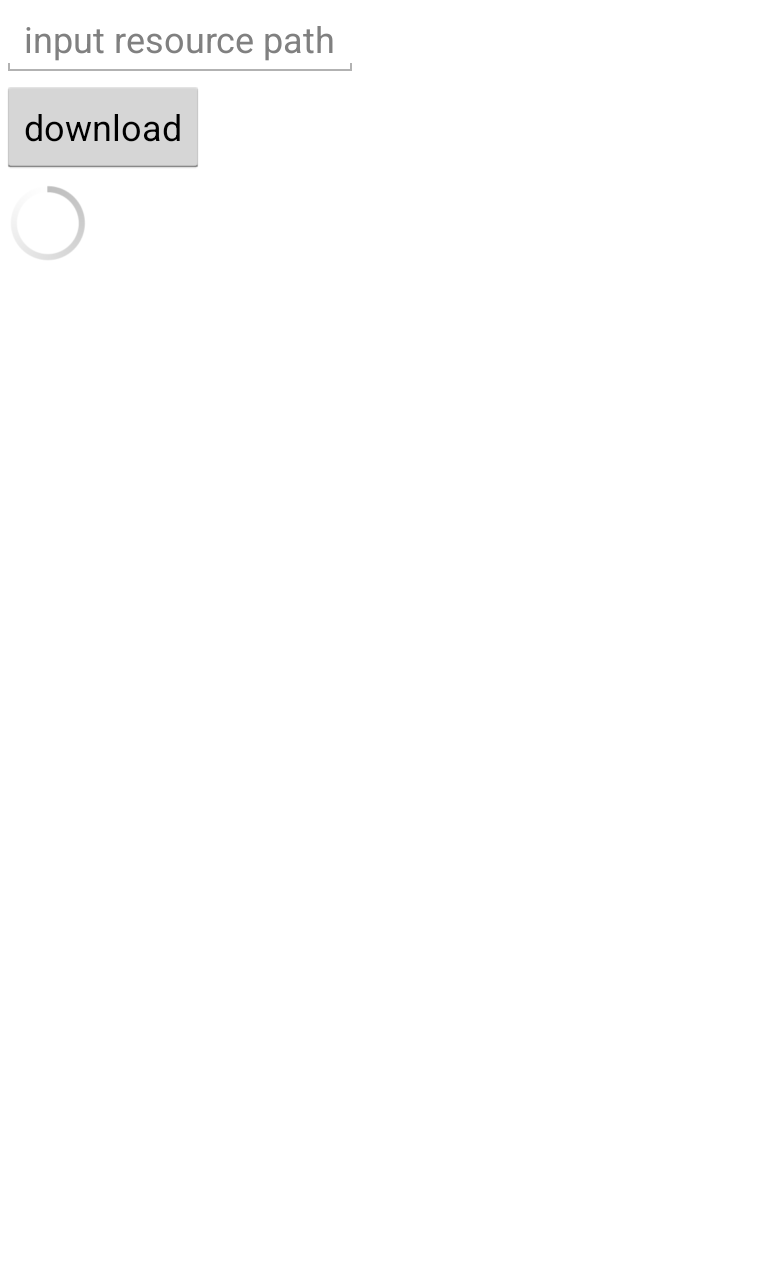
Repository: whoami-I/android
Layout: ListView/XutilsDownload/res/layout/activity_main.xml
The author's editor kept a copy of each file at every save. The layout is drawn from the files as they stood at one save, then again after the next save.
It is drawn on a 768 x 1280 px phone screen (xhdpi) without system bars, with theme AppTheme; the app's code is not run.

Above is the layout before, as saved 2018-11-01 01:11:34.

### ListView/XutilsDownload/res/layout/activity_main.xml
<LinearLayout xmlns:android="http://schemas.android.com/apk/res/android"
    xmlns:tools="http://schemas.android.com/tools"
    android:layout_width="match_parent"
    android:layout_height="match_parent"
    android:orientation="vertical" >

    <EditText
        android:id="@+id/et_path"
        android:layout_width="wrap_content"
        android:layout_height="wrap_content"
        android:hint="input resource path" />

    <Button
        android:id="@+id/btn_download"
        android:layout_width="wrap_content"
        android:layout_height="wrap_content"
        android:onClick="click_download"
        android:text="download" />

    <ProgressBar
        android:id="@+id/pgb"
        android:layout_width="wrap_content"
        android:layout_height="wrap_content" />

</LinearLayout>

Loaded but not shown: ListView/XutilsDownload/res/values/styles.xml (common file); ListView/XutilsDownload/res/values-v11/styles.xml (common file); ListView/XutilsDownload/res/values-v14/styles.xml (common file)

After the next save:
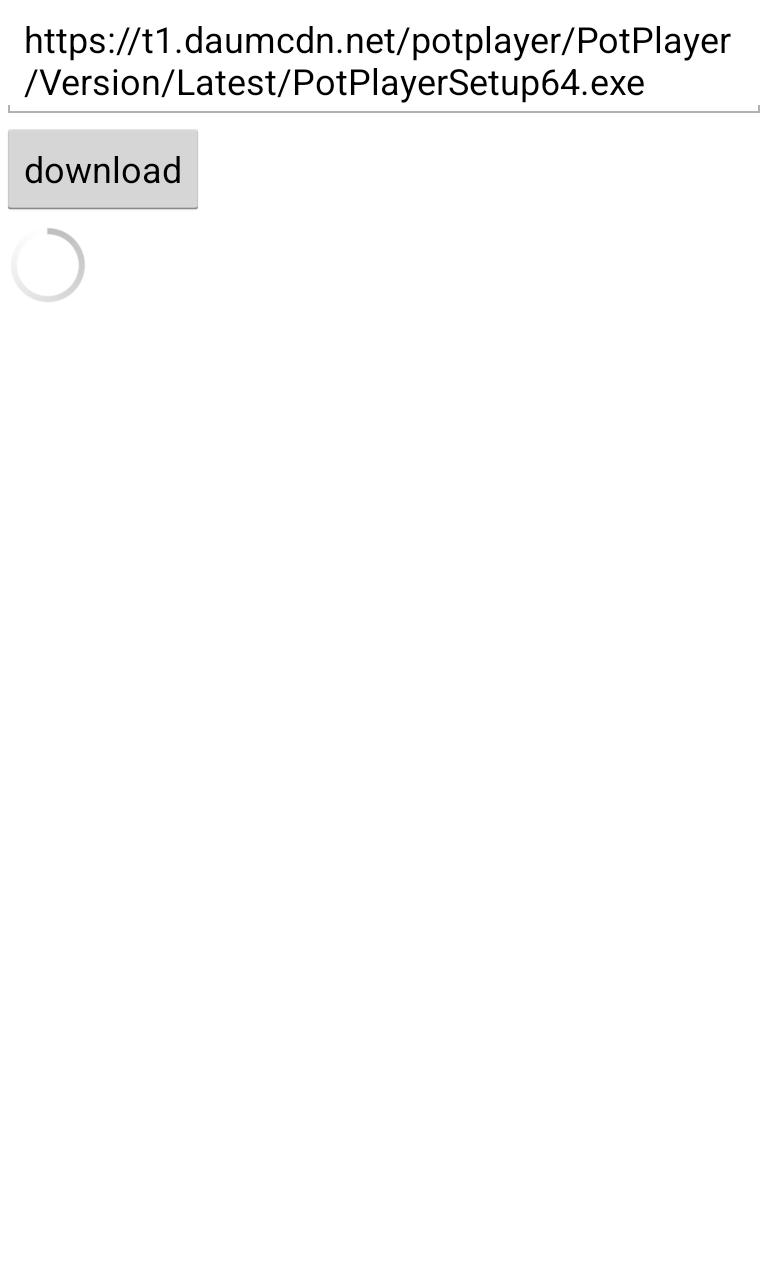
Saved 50 s later.
--- a/ListView/XutilsDownload/res/layout/activity_main.xml
+++ b/ListView/XutilsDownload/res/layout/activity_main.xml
@@ -8,7 +8,8 @@
         android:id="@+id/et_path"
         android:layout_width="wrap_content"
         android:layout_height="wrap_content"
-        android:hint="input resource path" />
+        android:hint="input resource path"
+        android:text="https://t1.daumcdn.net/potplayer/PotPlayer/Version/Latest/PotPlayerSetup64.exe" />
 
     <Button
         android:id="@+id/btn_download"
